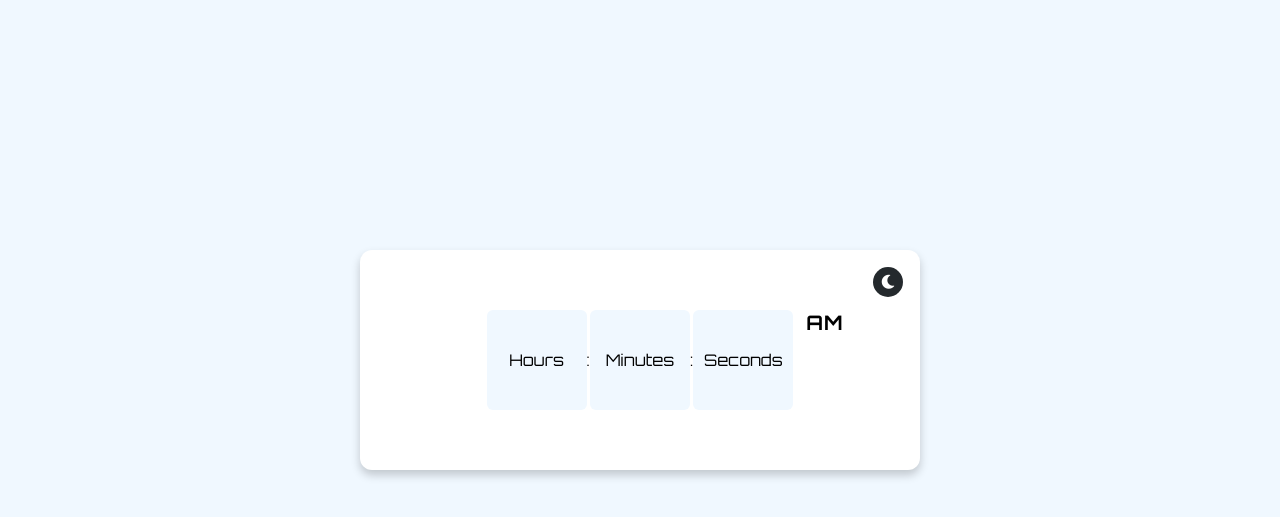
Repository: Seva2705/Clock
Page: index.html
An editor plug-in stored every save of this project. The page is shown before and after a run of saves, followed by the edit.
The browser window is 1280 px wide. The pictures show the whole page.

Above is the page before, as saved 2023-08-06 19:42:09.

After the next 3 saves:
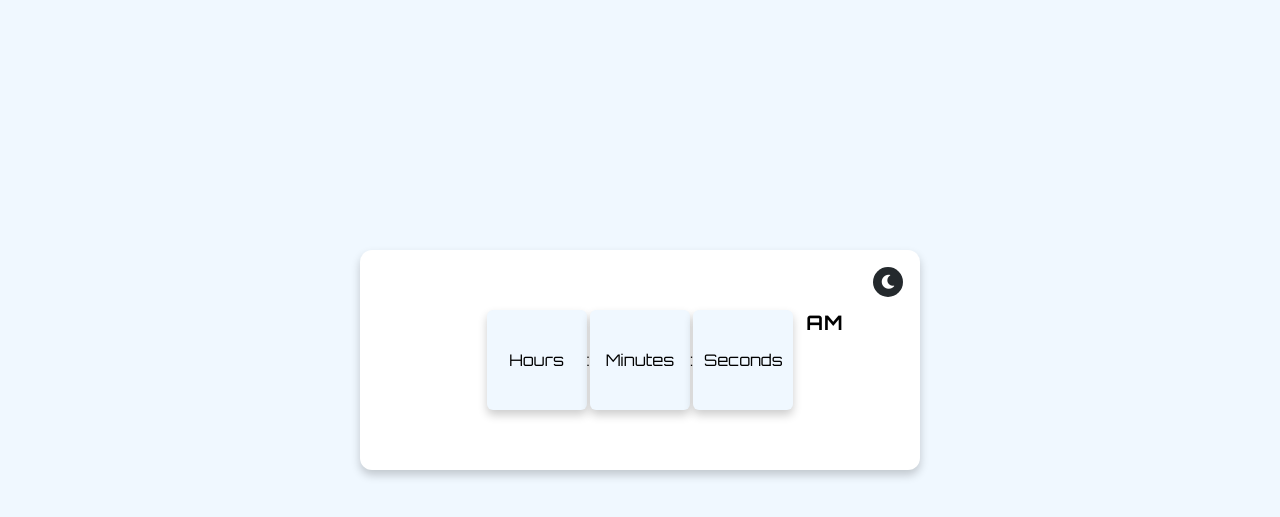
The 3 saves are shown as one change because they came seconds apart.
The last was saved 9 s later.
--- a/style.css
+++ b/style.css
@@ -104,5 +104,5 @@ section.dark .time .time-colon .am_pm {
     justify-content: center;
     background: #F0F8FF;
     border-radius: 6px;
-    box-shadow: ;
+    box-shadow: 0 5px 10px rgba(0, 0, 0, 0.2);
 }
